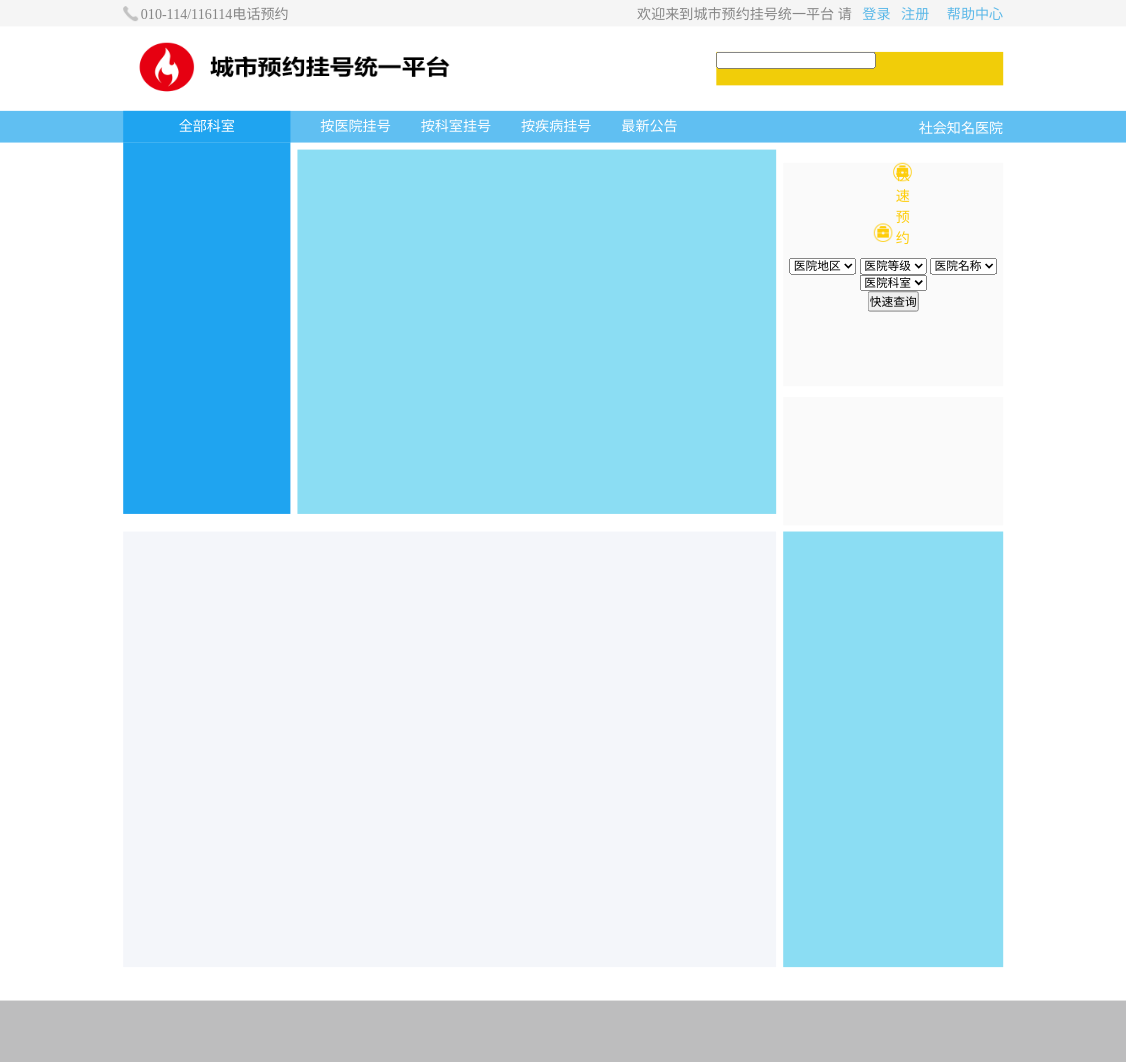
Repository: zhenzhen-gong/HospitalDemo
Page: index.html
An editor plug-in stored every save of this project. The page is shown before and after the next save, followed by the edit.
The browser window is 1280 px wide. The pictures show the whole page, at 88% of full size.

Above is the page before, as saved 2020-07-08 18:04:53.

### index.html
<!DOCTYPE html>
<html lang="en">

<head>
    <meta charset="UTF-8">
    <meta name="viewport" content="width=device-width, initial-scale=1.0">
    <title>城市医院预约平台</title>
    <link rel="stylesheet" href="css/style.css">
    <script src="js/script.js"></script>
</head>

<body>
    <div class="top">
        <div class="top-wrap">
            <div class="call">&nbsp;&nbsp;&nbsp;&nbsp;&nbsp;010-114/116114电话预约</div>
            <div class="welcom">
                欢迎来到城市预约挂号统一平台&nbsp;请&nbsp;&nbsp;
                <a href="#">登录</a>&nbsp;&nbsp;
                <a href="#">注册</a>&nbsp;&nbsp;&nbsp;&nbsp;
                <a href="#">帮助中心</a>
            </div>
        </div>
    </div>
    <div class="header">
        <div class="header-wrap">
            <div class="logo"><img src="./img/logo.png" alt="logo"></div>
            <div class="search">
                <span class="=tag"></span>
                <input type="text">
                <span ></span>
            </div>
        </div>
    </div>
    <div class="nav">
        <div class="nav-menu">
            <ul>
                <li>全部科室
                    <div class="menu-list"></div>
                </li>
                <li>按医院挂号</li>
                <li>按科室挂号</li>
                <li>按疾病挂号</li>
                <li>最新公告</li>
            </ul>
            <div>社会知名医院</div>
        </div>
    </div>
    <div class="banner">
        <div class="banner-slider"></div>
        <div class="banner-right">
            <div class="banner-search">
                <div><span class="img"></span><span class="text">快速预约</span> </div>
                <select name="area" ><option value="area">医院地区</option> </select>
                <select name="level" ><option value="level">医院等级</option> </select>
                <select name="name" ><option value="name">医院名称</option> </select>
                <select name="department" ><option value="department">医院科室</option> </select>
                <div><button>快速查询</button></div>
            </div>
            <div class="banner-help"></div>
        </div>
    </div>
    <div class="content">
        <div class="tad">
            <div class="tab-hosital"></div>
            <div class="tab-department"></div>
        </div>
        <div class="content-right">
            <div class="news"></div>
            <div class="close"></div>
        </div>
    </div>
    <div class="footer"></div>
</body>

</html>

### css/style.css
*{
    margin: 0;
    padding: 0;
}
a{
    text-decoration: none;
}
/* top部分样式 */
.top{
    height: 30px;
    width: 100%;
    background: #f5f5f5;
}
.top .top-wrap{
    width: 1000px;
    height: 100%;
    margin: 0 auto;
    display: flex;
    justify-content: space-between;
    align-items: center;
    color: #868686;
}
.top .top-wrap .call{
    background: url("../img/icon-call.png") no-repeat center left;
}
.top .top-wrap .welcom a{
    color: #5bb8e8;
}
/* header部分 */
.header{
    width: 100%;
    height: 96px;
}
.header .header-wrap{
    width: 1000px;
    height: 100%;
    margin: 0 auto;
    display: flex;
    justify-content: space-between;
    align-items: center;
}
.header .header-wrap .logo img{
    height: 74px;
    width: 403px;
}
.header .header-wrap .search{
    height: 38px;
    width: 326px;
    background: #f1cd09;
}


/* nva导航部分 */
.nav{
    width: 100%;
    height: 36px;
    background: #60bff2;
}
.nav .nav-menu{
    width: 1000px;
    height: 100%;
    margin: 0 auto;
    display: flex;
    justify-content: space-between;
    align-items: center;
}
.nav .nav-menu ul li{
    height: 36px;
    line-height: 36px;
    text-align: center;
    list-style: none;
    display: inline-block;
    color: #ffffff;
    padding-left: 30px;
}
.nav .nav-menu ul li:first-child{
    width: 190px;
    text-align: center;
    background: #1fa4f0;
    padding-left: 0;
}
.nav .nav-menu div:last-child{
    color: #ffffff;
}
.nav .nav-menu ul li .menu-list{
    width: 190px;
    height: 422px;
    background: #1fa4f0;
}

/* banner部分 */
.banner{
    height: 432px;
    width: 1000px;
    margin: 0 auto;
    padding-left: 190px;
    box-sizing: border-box;
}
.banner-slider{
    height: 414px;
    width: 544px;
    background: #8bddf3;
    margin: 8px 8px 0 8px ;
    float: left;
}
.banner-right{
    float: right;
    width: 250px;
    height: 414px;
    margin-top: 8px;
}
.banner-right .banner-search{
    height: 254px;
    background: #fafafa;
    margin-bottom: 12px;
    text-align: center;
}
.banner-right .banner-search div:first-child{
    margin-top: 15px;
    margin-bottom: 13px;
}

.banner-right .banner-search div:first-child span{
    display: inline-block;
    width: 22px;
    height: 22px;
    background: url(../img/icon-help.png) no-repeat 0 0;
}

.banner-right .banner-search div:first-child .text{
    color: #fecd09;
}
.banner-right .banner-help{
    height: 146px;
    background: #fafafa;
}
/* content部分 */
.content{
    height: 495px;
    width: 1000px;
    margin: 10px auto 38px;
}
.content .tad{
    float: left;
    background: #f4f6fa;
    height: 495px;
    width: 742px;
}
.content .content-right{
    float: right;
    width: 250px;
    height: 495px;
    margin-left: 8px;
    background: #8bddf3;
}
/* footer部分 */
.footer{
    height: 70px;
    width: 100%;
    background: #bdbdbe;
}

Loaded but not shown: js/script.js (no stored copy; drawn as an empty file)

After the next save:
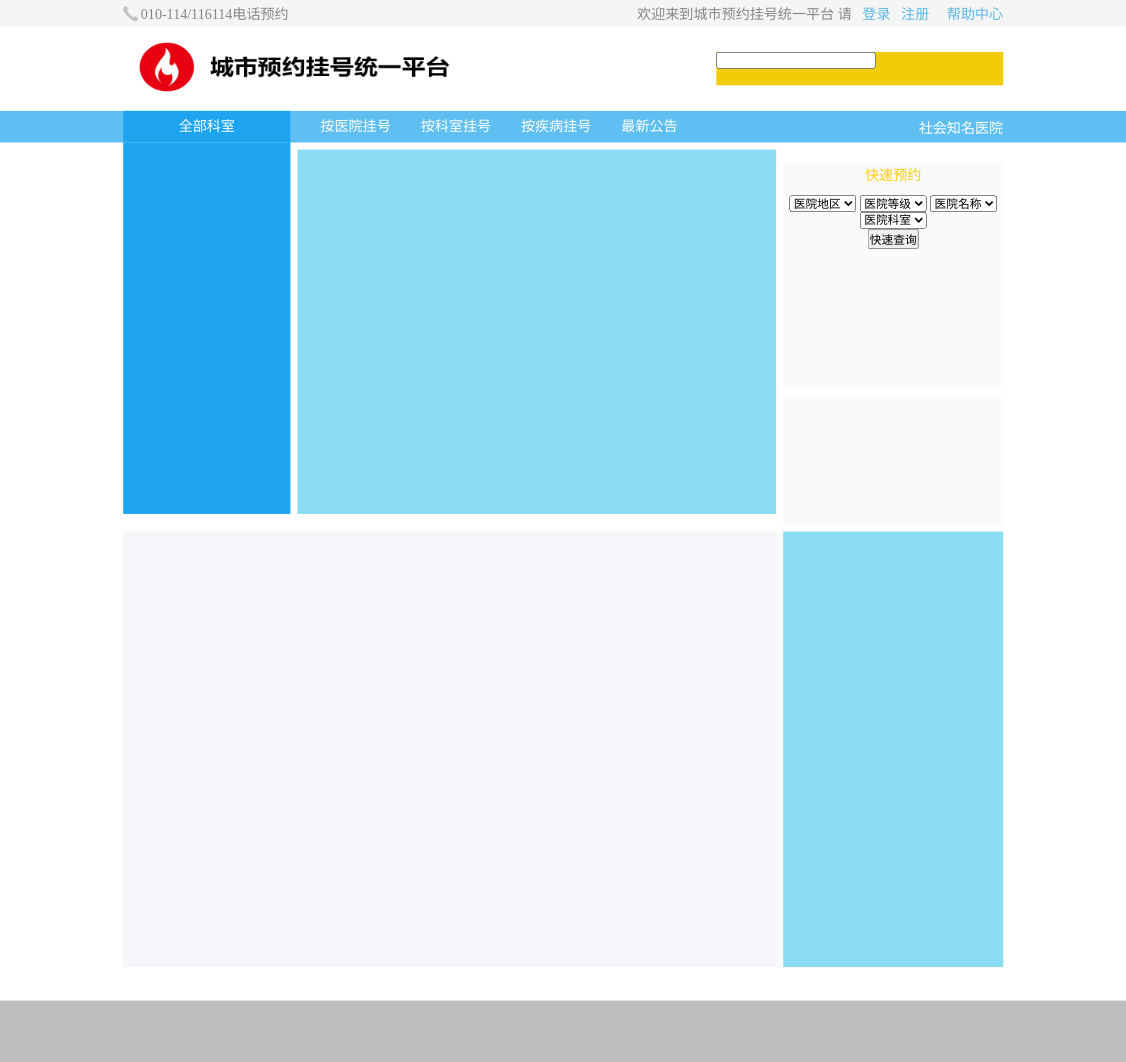
Saved 32 s later.
--- a/css/style.css
+++ b/css/style.css
@@ -120,7 +120,7 @@
     margin-bottom: 13px;
 }
 
-.banner-right .banner-search div:first-child span{
+.banner-right .banner-search div:first-child span .img{
     display: inline-block;
     width: 22px;
     height: 22px;
